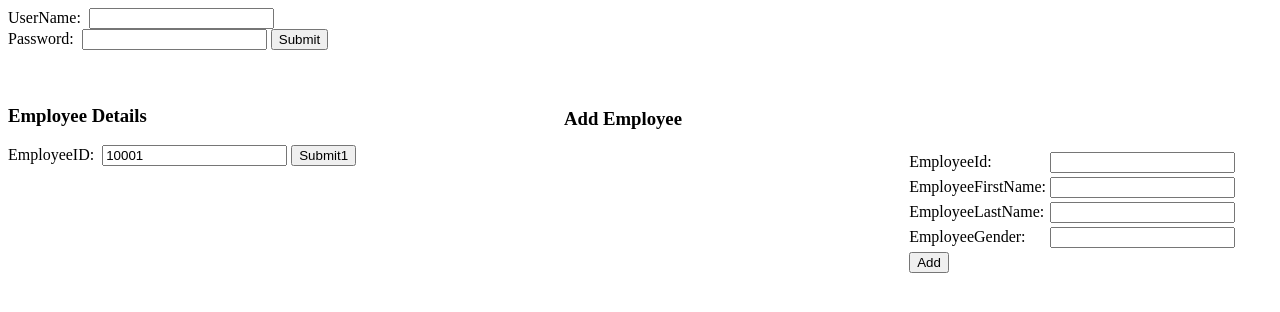
Repository: sandeep27y/MavenWebAppMultiModule-Servlets
Page: http://localhost/EmployeeApplication/LogIn.jsp
The author's editor kept a copy of each file at every save. The page is drawn from the files as they stood at one save, then again after the next save.
The browser window is 1280 px wide. The pictures show the whole page.
The page is served by Tomcat 9. Other server files are loaded and not shown.

Above is the page before, as saved 2017-06-10 20:07:13.

### MavenWebAppMultiModule-Servlets/EmployeeMultiModule/EmployeeApplication/src/main/webapp/LogIn.jsp
<%@ page language="java" contentType="text/html; charset=ISO-8859-1"
    pageEncoding="ISO-8859-1"%>
<!DOCTYPE html PUBLIC "-//W3C//DTD HTML 4.01 Transitional//EN" "http://www.w3.org/TR/html4/loose.dtd">
<html>
<head>
<meta http-equiv="Content-Type" content="text/html; charset=ISO-8859-1">
<title>Insert title here</title>
</head>
<body>
<form action="/EmployeeApplication/employeelogin.do" method="post">
UserName: &nbsp;<input type="text" name="username"><br>
Password: &nbsp;<input type="password" name="password">
<input type="Submit" value="Submit"><br>
</form>
<br><br>
<div align="left">
<form action="/EmployeeApplication/EmployeeInfromation.do" method="post">
<h3>Employee Details</h3>
EmployeeID: &nbsp;<input type="text" name="employeeId" value="10001">
<input type="Submit" value="Submit1"><br>
</form>
</div>
<div align="right" style="margin-top: -77px; margin-right: 34px">
<form action="/EmployeeApplication/add" method="post">
<h3 align="center">Add Employee</h3>
<table>
	<tr>
		<td>EmployeeId: </td>
		<td><input type="text" name="employeeId"></td>
	</tr>
	<tr>
		<td>EmployeeFirstName: </td>
		<td><input type="text" name="firstName"></td>
	</tr>
	<tr>
		<td>EmployeeLastName: </td>
		<td><input type="text" name="lastName"></td>
	</tr>
	<tr>
		<td>EmployeeGender: </td>
		<td><input type="text" name="gender"></td>
	</tr>
	<tr>
		<td><input type="submit" value="Add"></td>
	</tr>
</table>
</div>
</form>
</body>
</html>

After the next save:
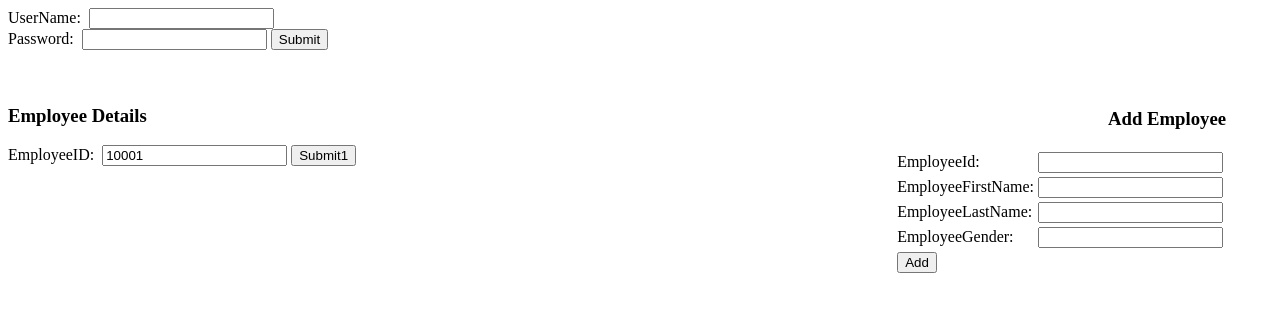
Saved 2 min 18 s later.
--- a/MavenWebAppMultiModule-Servlets/EmployeeMultiModule/EmployeeApplication/src/main/webapp/LogIn.jsp
+++ b/MavenWebAppMultiModule-Servlets/EmployeeMultiModule/EmployeeApplication/src/main/webapp/LogIn.jsp
@@ -20,9 +20,9 @@ EmployeeID: &nbsp;<input type="text" name="employeeId" value="10001">
 <input type="Submit" value="Submit1"><br>
 </form>
 </div>
-<div align="right" style="margin-top: -77px; margin-right: 34px">
+<div align="right" style="margin-top: -77px; margin-right: 46px">
 <form action="/EmployeeApplication/add" method="post">
-<h3 align="center">Add Employee</h3>
+<h3 style="margin-right: 0px">Add Employee</h3>
 <table>
 	<tr>
 		<td>EmployeeId: </td>
